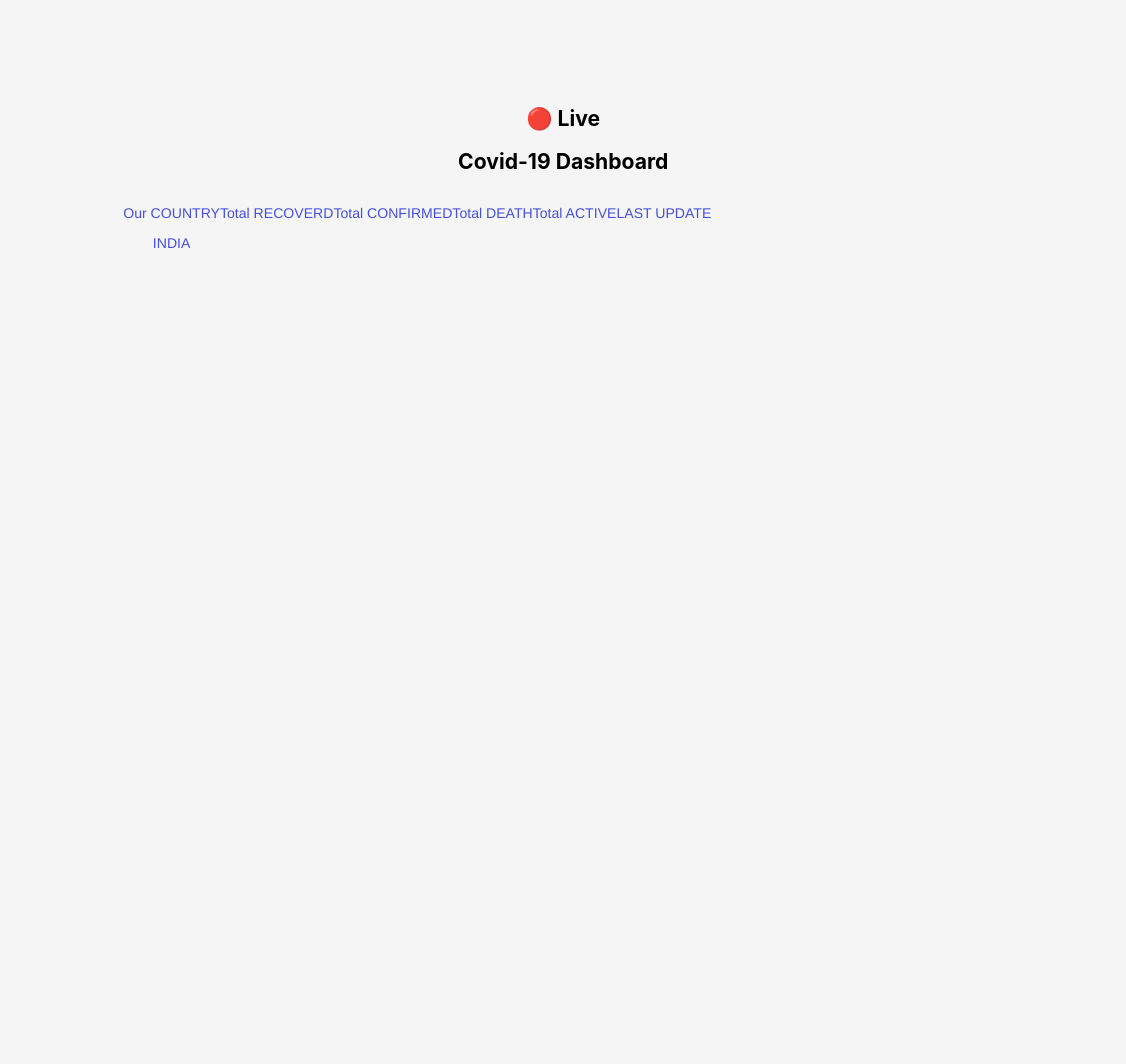
Repository: Aniketlamage/covid19-dashboard
Page: /
These files come from the project's save history. The page is drawn as it stood at one moment and after the next save; the edit follows.
The browser window is 1280 px wide. The pictures show the whole page, at 88% of full size.
The page's requests for data from a server got no answer. The project was rebuilt for these pictures with package versions that can differ from the ones it lists, and the page was loaded fresh each time. No one was signed in, and anything a server would have sent is missing.

Above is the page before, as saved 2021-09-30 19:47:11.

### src/App.js
import React from 'react'
import Covid from './components/covid';
const App = () => {
return(
<>
<Covid />
</>
)
}

export default App;

### src/components/covid.js
import React, { useEffect, useState } from 'react'
import "./covid.css"

const Covid = () => {
    const [data, setData] =  useState([]);
    const getCovidData = async () =>{
        try{
            const res = await fetch('https://data.covid19india.org/data.json')
            const actualData = await res.json();
            console.log(actualData.statewise[0]);
            setData(actualData.statewise[0]);
           }
        catch(err){console.log(err);}
    }

    useEffect(() => {
        getCovidData ();
    }, []);
return(

<>
<section>

    <h1>🔴 Live </h1>
    <h2>Covid-19 Dashboard</h2>

<ul>
    <li className = "card">
        <div className ="card__main1">
            <div className ="card__inner">
                <p className="card__name"><span> Our </span> COUNTRY </p>
                <p classname="card__total card__small">INDIA</p>
            </div>
        </div>
    </li>
    <li className = "card">
        <div className ="card__main2">
            <div className ="card__inner">
                <p className="card__name"><span> Total </span> RECOVERD </p>
                <p classname="card__total card__small">{data.recovered}</p>
            </div>
        </div>
    </li><li className = "card">
        <div className ="card__main3">
            <div className ="card__inner">
                <p className="card__name"><span> Total </span> CONFIRMED </p>
                <p classname="card__total card__small">{data.confirmed}</p>
            </div>
        </div>
    </li><li className = "card">
        <div className ="card__main4">
            <div className ="card__inner">
                <p className="card__name"><span> Total </span> DEATH </p>
                <p classname="card__total card__small">{data.deaths}</p>
            </div>
        </div>
    </li><li className = "card">
        <div className ="card__main5">
            <div className ="card__inner">
                <p className="card__name"><span> Total </span> ACTIVE </p>
                <p classname="card__total card__small">{data.active}</p>
            </div>
        </div>
    </li><li className = "card">
        <div className ="card__main6">
            <div className ="card__inner">
                <p className="card__name"><span> LAST </span> UPDATE </p>
                <p classname="card__total card__small">{ data.lastupdatedtime}</p>
            </div>
        </div>
    </li>
</ul>
</section>
</>

)

}
export default Covid;

### src/components/covid.css

/*  Basic Styling */
.main,body {
    background-color: whitesmoke;
    padding: 100px;
    text-align: center;
    min-height: 100ch;
    align-items: center;

}

h1,h2{

    color: black;
}

p {
    color: #4650dd;
    font-family: 'Franklin Gothic Medium', 'Arial Narrow', Arial, sans-serif;
}

ul{
    list-style-type:none;
    display: flex;
    flex-wrap: wrap;
}
div.card__main {
    background-color: white;
    border-radius: 15px;
    width: 290px;
    padding: 50px;
    margin: 0;
    align-items: center;
    box-shadow: 0 4px 8px 0 rgba(0, 0, 0, 0.2), 0 6px 20px 0 rgba(0, 0, 0, 0.19);
 }



.card_name{
    font-size: 25px;
    font-weight: bold;
}

.card_name span {
    font-size: 15px;
}

.card_total {

    font-size: 20px;
    font-weight: bold;

}
.card__small {
    font-size: 80px;
}
@media (max-width: 500px)
{
    .card_total{font-size: 70px;}
}
@media (max-width: 500px)
{
    .card{
        width: 100%;
        height: 290px;
        margin-right: 0;
        float: none;
    }
    .card .card__inner,
    .card .card__back{
        height: 290px;
    }
}

.card {
    transition: transform .3s;
  }

  .card :hover {
    transition: transform .3s;
    -ms-transform: scale(1.2);
    -webkit-transform: scale(1.2);
    transform: scale(1.2);
  }

Loaded but not shown: public/index.html (common file); src/index.js (common file); src/index.css (common file); src/reportWebVitals.js (common file)

After the next save:
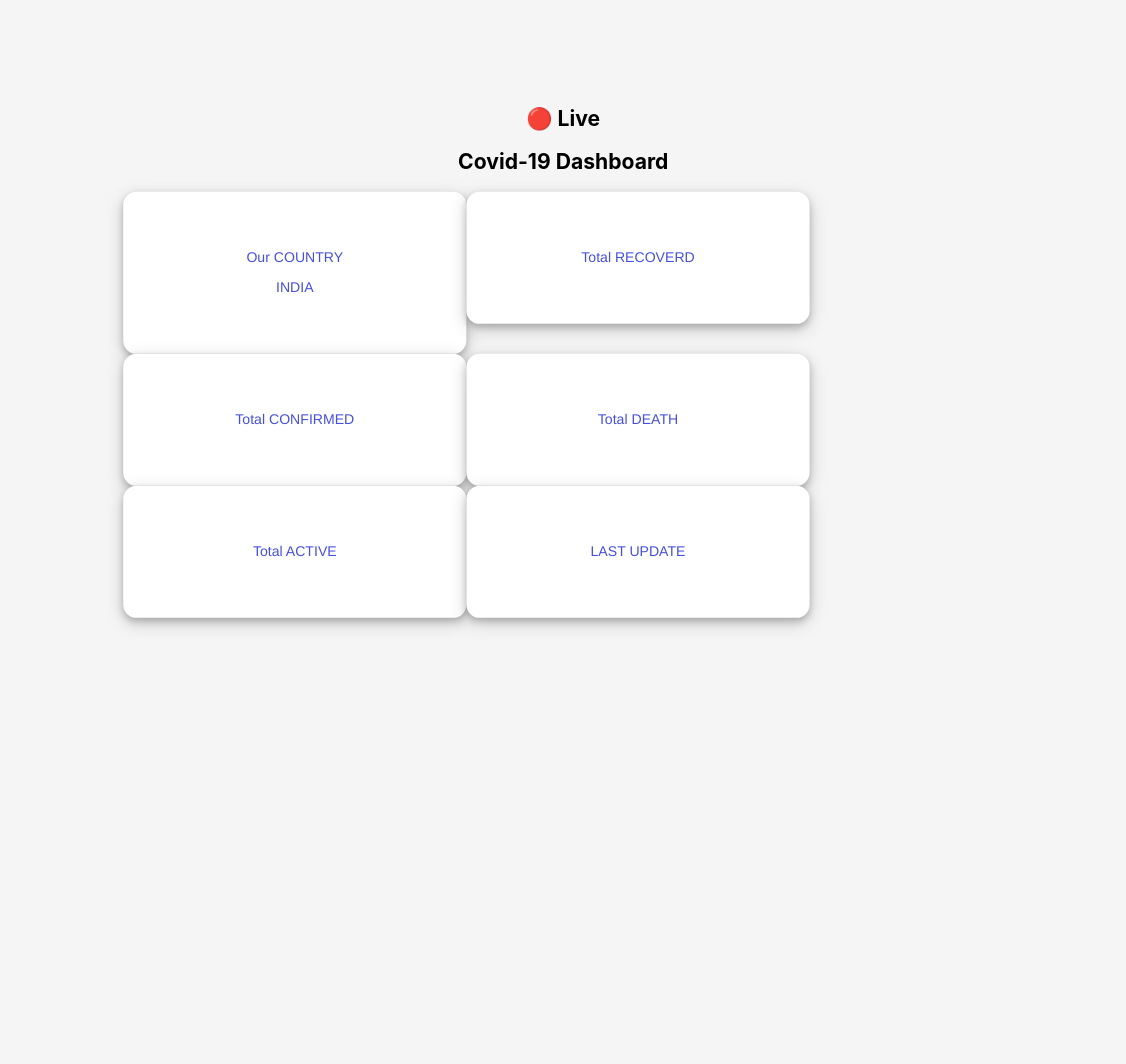
Saved 9 s later.
--- a/src/components/covid.js
+++ b/src/components/covid.js
@@ -26,7 +26,7 @@ return(
 
 <ul>
     <li className = "card">
-        <div className ="card__main1">
+        <div className ="card__main">
             <div className ="card__inner">
                 <p className="card__name"><span> Our </span> COUNTRY </p>
                 <p classname="card__total card__small">INDIA</p>
@@ -34,35 +34,35 @@ return(
         </div>
     </li>
     <li className = "card">
-        <div className ="card__main2">
+        <div className ="card__main">
             <div className ="card__inner">
                 <p className="card__name"><span> Total </span> RECOVERD </p>
                 <p classname="card__total card__small">{data.recovered}</p>
             </div>
         </div>
     </li><li className = "card">
-        <div className ="card__main3">
+        <div className ="card__main">
             <div className ="card__inner">
                 <p className="card__name"><span> Total </span> CONFIRMED </p>
                 <p classname="card__total card__small">{data.confirmed}</p>
             </div>
         </div>
     </li><li className = "card">
-        <div className ="card__main4">
+        <div className ="card__main">
             <div className ="card__inner">
                 <p className="card__name"><span> Total </span> DEATH </p>
                 <p classname="card__total card__small">{data.deaths}</p>
             </div>
         </div>
     </li><li className = "card">
-        <div className ="card__main5">
+        <div className ="card__main">
             <div className ="card__inner">
                 <p className="card__name"><span> Total </span> ACTIVE </p>
                 <p classname="card__total card__small">{data.active}</p>
             </div>
         </div>
     </li><li className = "card">
-        <div className ="card__main6">
+        <div className ="card__main">
             <div className ="card__inner">
                 <p className="card__name"><span> LAST </span> UPDATE </p>
                 <p classname="card__total card__small">{ data.lastupdatedtime}</p>
